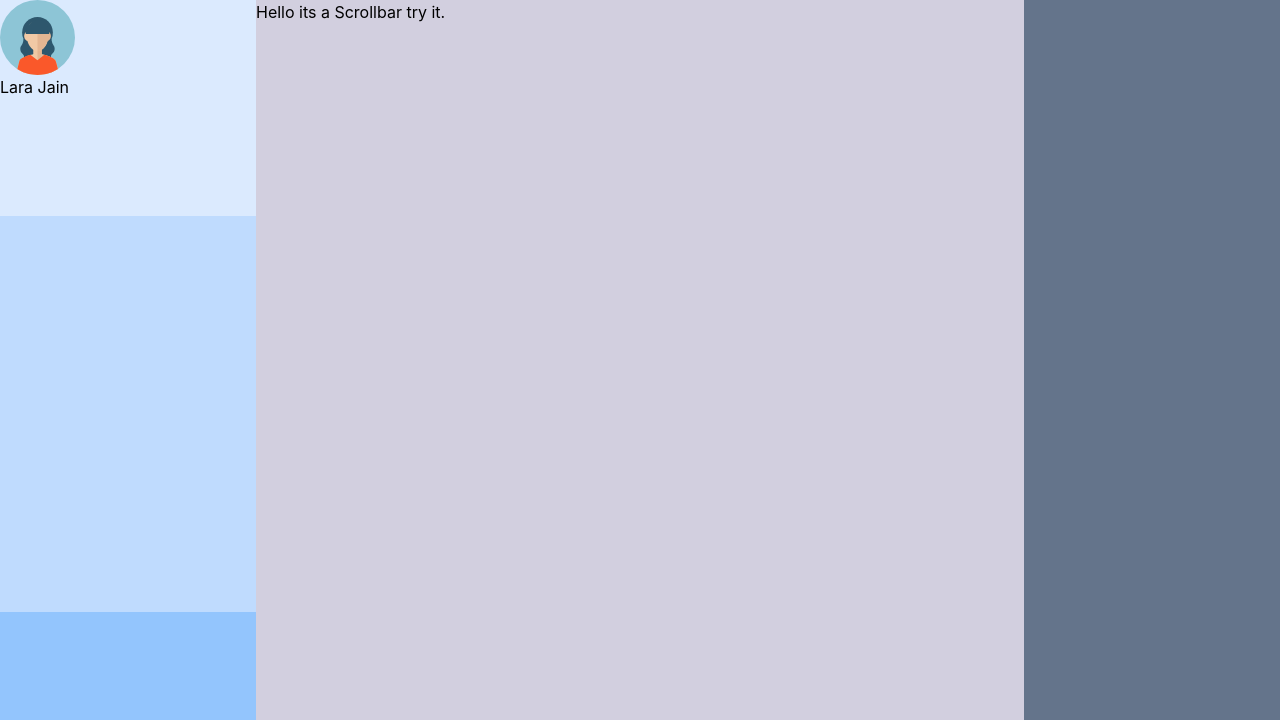
Repository: cosmicswati/upgrad-captions-project
Page: /
These files come from the project's save history. The page is drawn as it stood at one moment and after the next save; the edit follows.
The browser window is 1280 px wide. The pictures show the whole page.
An inner scrolling area shows only its first screen. The project was rebuilt for these pictures with package versions that can differ from the ones it lists, and the page was loaded fresh each time. Also part of the build but not shown: src/components/Input/index.js, src/components/Button/index.js, src/modules/Authorization/Form.jsx, src/modules/Authorization/index.js.

Above is the page before, as saved 2024-04-09 13:35:17.

### src/index.css
@tailwind base;
@tailwind components;
@tailwind utilities;

body {
  margin: 0;
  font-family: -apple-system, BlinkMacSystemFont, 'Segoe UI', 'Roboto', 'Oxygen',
    'Ubuntu', 'Cantarell', 'Fira Sans', 'Droid Sans', 'Helvetica Neue',
    sans-serif;
  -webkit-font-smoothing: antialiased;
  -moz-osx-font-smoothing: grayscale;
}

code {
  font-family: source-code-pro, Menlo, Monaco, Consolas, 'Courier New',
    monospace;
}

.scrollbar-hide::-webkit-scrollbar{
  display: none;
}

### src/App.js
import Auth from "./modules/Authorization";
import Home from "./modules/Home";


function App() {
  return (
    <div>
      {/* <Auth />  */}
      <Home />
    </div>
  );
}

export default App;

### src/modules/Home/index.js
import React from 'react'
import { ReactComponent as Avatar} from '../../assets/Avatar.svg'

const Home = () => {
  return (
    <div className='h-screen bg-[#d2cfdf] flex overflow-hidden'>
        <div className='w-[20%] flex flex-col'>
            <div className='h-[30%] bg-blue-100'>
                <div>
                    <Avatar width={'75px'} height={'75px'}/>
                    <p>Lara Jain</p>
                </div>
            </div>
            <div className='h-[55%] bg-blue-200'></div>
            <div className='h-[15%] bg-blue-300'></div>
        </div>
        <div className='w-[60%] overflow-scroll h-full scrollbar-hide'>
            <div className='h-[1500px]'>Hello its a Scrollbar try it.</div>
        </div>
        <div className='w-[20%] bg-slate-500'></div>
    </div>
  )
}

export default Home

### tailwind.config.js
/** @type {import('tailwindcss').Config} */
module.exports = {
 mode:'jit',
 purge: [
  './public/**/*.html',
  './src/**/*.{js,jsx,ts,tsx,vue}',
 ],
  content: [
    "./src/**/*.{js,jsx,ts,tsx}",
  ],
  theme: {
    extend: {},
  },
  plugins: [],
}

Loaded but not shown: public/index.html (common file); src/index.js (common file); src/reportWebVitals.js (common file)

After the next save:
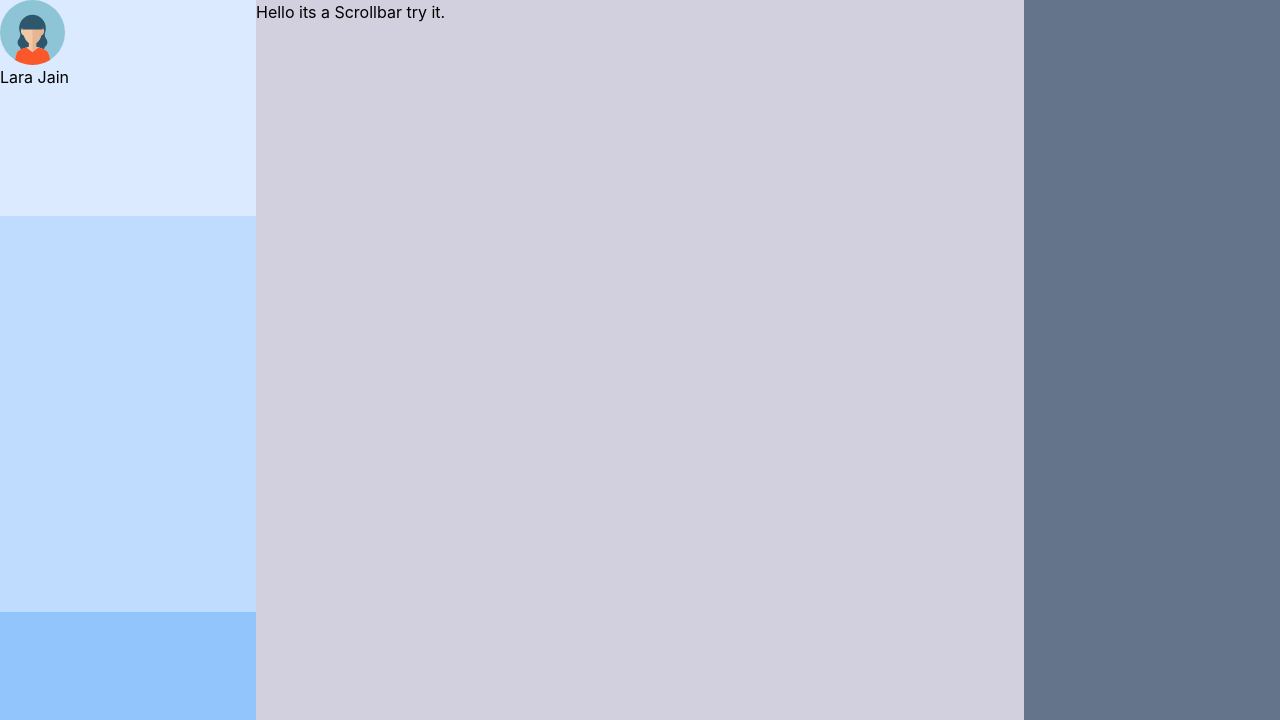
Saved 16 s later.
--- a/src/modules/Home/index.js
+++ b/src/modules/Home/index.js
@@ -7,7 +7,7 @@ const Home = () => {
         <div className='w-[20%] flex flex-col'>
             <div className='h-[30%] bg-blue-100'>
                 <div>
-                    <Avatar width={'75px'} height={'75px'}/>
+                    <Avatar width={'65px'} height={'65px'}/>
                     <p>Lara Jain</p>
                 </div>
             </div>
